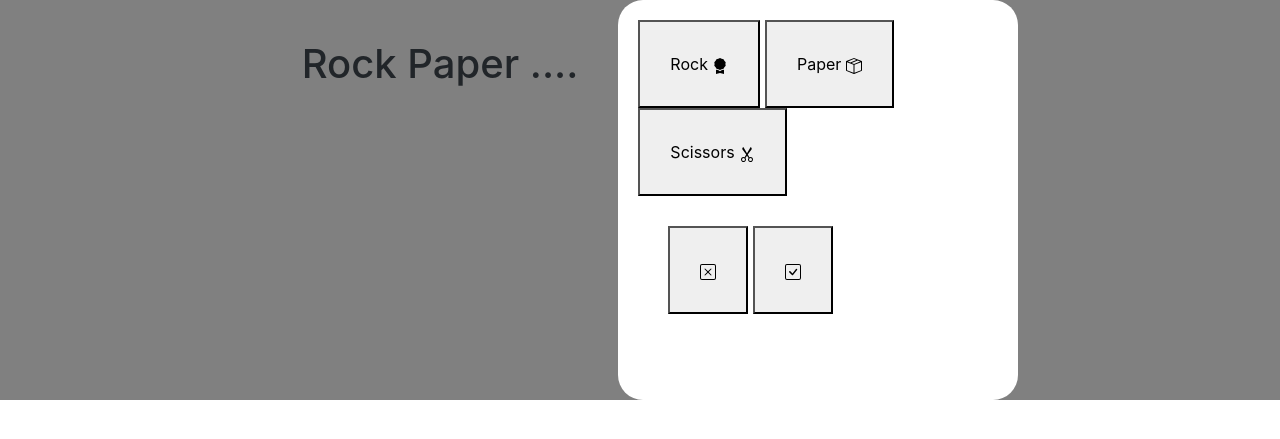
Repository: hossamsulleman1/Colllege-rock-paper-game
Page: game.html
These files come from the project's save history. The page is drawn as it stood at one moment and after a run of saves; the edit follows.
The browser window is 1280 px wide. The pictures show the whole page.

Above is the page before, as saved 2020-09-15 10:39:13.
Console error: SyntaxError: Unexpected token '<'

After the next 3 saves:
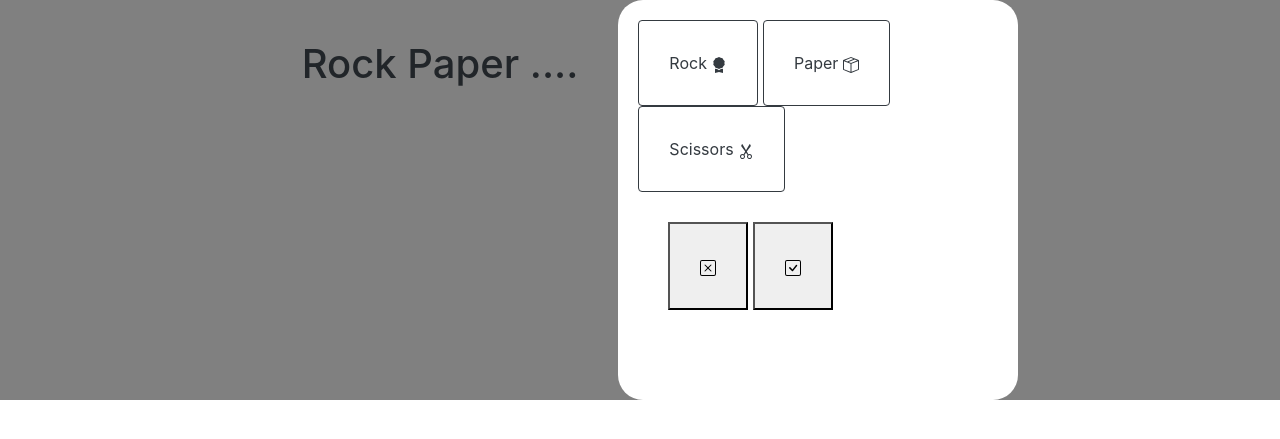
The 3 saves are shown as one change because they came seconds apart.
The last was saved 20 s later.
--- a/game.html
+++ b/game.html
@@ -13,20 +13,20 @@
       <h1 style="padding: 40px; text-align: center;">Rock Paper .... </h1>
 
       <div class="mainCard">
-<Button onclick="RockP1()" id="Rock" style="padding: 30px;">
+<Button class="btn btn-outline-dark" onclick="RockP1()" id="Rock" style="padding: 30px;">
     Rock
     <svg width="1em" height="1em" viewBox="0 0 16 16" class="bi bi-award-fill" fill="currentColor" xmlns="http://www.w3.org/2000/svg">
         <path d="M8 0l1.669.864 1.858.282.842 1.68 1.337 1.32L13.4 6l.306 1.854-1.337 1.32-.842 1.68-1.858.282L8 12l-1.669-.864-1.858-.282-.842-1.68-1.337-1.32L2.6 6l-.306-1.854 1.337-1.32.842-1.68L6.331.864 8 0z"/>
         <path d="M4 11.794V16l4-1 4 1v-4.206l-2.018.306L8 13.126 6.018 12.1 4 11.794z"/>
       </svg>
 </Button>
-<button onclick="PaperP1()"id="Paper" style="padding: 30px;">
+<button class="btn btn-outline-dark" onclick="PaperP1()"id="Paper" style="padding: 30px;">
     Paper
     <svg width="1em" height="1em" viewBox="0 0 16 16" class="bi bi-box-seam" fill="currentColor" xmlns="http://www.w3.org/2000/svg">
         <path fill-rule="evenodd" d="M8.186 1.113a.5.5 0 0 0-.372 0L1.846 3.5l2.404.961L10.404 2l-2.218-.887zm3.564 1.426L5.596 5 8 5.961 14.154 3.5l-2.404-.961zm3.25 1.7l-6.5 2.6v7.922l6.5-2.6V4.24zM7.5 14.762V6.838L1 4.239v7.923l6.5 2.6zM7.443.184a1.5 1.5 0 0 1 1.114 0l7.129 2.852A.5.5 0 0 1 16 3.5v8.662a1 1 0 0 1-.629.928l-7.185 2.874a.5.5 0 0 1-.372 0L.63 13.09a1 1 0 0 1-.63-.928V3.5a.5.5 0 0 1 .314-.464L7.443.184z"/>
       </svg>
 </button>
-<button onclick="ScissorsP1()" id="Scissors" style="padding: 30px;">
+<button class="btn btn-outline-dark" onclick="ScissorsP1()" id="Scissors" style="padding: 30px;">
     Scissors
     <svg width="1em" height="1em" viewBox="0 0 16 16" class="bi bi-scissors" fill="currentColor" xmlns="http://www.w3.org/2000/svg">
         <path fill-rule="evenodd" d="M3.5 3.5c-.614-.884-.074-1.962.858-2.5L8 7.226 11.642 1c.932.538 1.472 1.616.858 2.5L8.81 8.61l1.556 2.661a2.5 2.5 0 1 1-.794.637L8 9.73l-1.572 2.177a2.5 2.5 0 1 1-.794-.637L7.19 8.61 3.5 3.5zm2.5 10a1.5 1.5 0 1 1-3 0 1.5 1.5 0 0 1 3 0zm7 0a1.5 1.5 0 1 1-3 0 1.5 1.5 0 0 1 3 0z"/>
